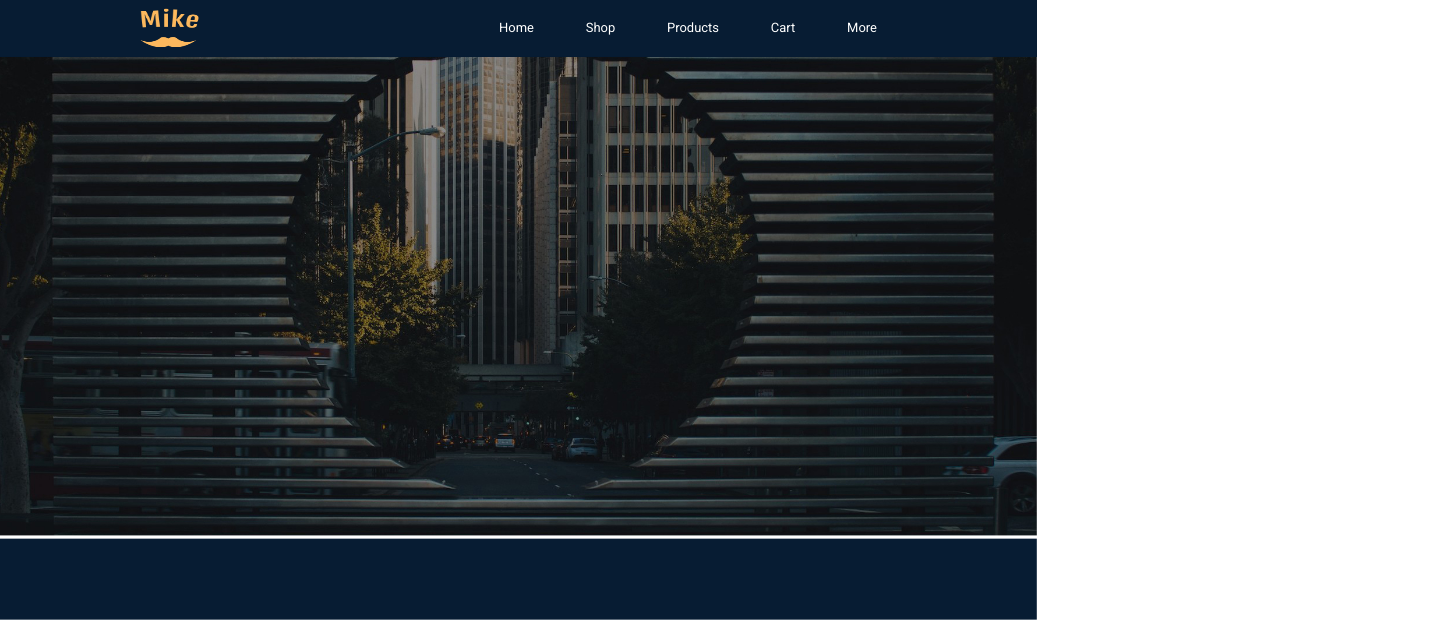
Repository: haiduong7499/Personal-Profile
Page: index.html
These files come from the project's save history. The page is drawn as it stood at one moment and after the next save; the edit follows.
The browser window is 1280 px wide. The page is 1280 px wide, then 1780 px, so the pictures cover 1780 px, including what lies to the right of the window. The pictures show the whole page, at 81% of full size.

Above is the page before, as saved 2021-02-27 17:51:35.

### index.html
<!DOCTYPE html>
<html lang="en">
<head>
    <meta charset="UTF-8">
    <meta http-equiv="X-UA-Compatible" content="IE=edge">
    <meta name="viewport" content="width=device-width, initial-scale=1.0">
    <link rel="stylesheet" href="style/style.css">
    <link rel="stylesheet" href="style/base.css">
    <link rel="preconnect" href="https://fonts.gstatic.com">
    <link rel="preconnect" href="https://fonts.gstatic.com">
<link href="https://fonts.googleapis.com/css2?family=Roboto:wght@400;700&display=swap" rel="stylesheet">
    <title>Project</title>
</head>
<body>
    <div id="header">
        <img src="./asset/5c0eefeb-053e-4086-8d42-7e5a35580c82_200x200.png" alt="">
            <ul id="navbar">
                <li><a href="#">Home</a></li>
                <li><a href="#">Shop</a></li>
                <li><a href="#">Products</a></li>
                <li><a href="#">Cart</a></li>
                <li><a href="#">More</a></li>
            </ul>
    </div>

    <div id="banner">
        <img src="./asset/home-parallax.jpg" alt="">
    </div>

    <div id="content">

    </div>
</body>
</html>

### style/style.css
*{
    padding: 0;
    margin: 0;
    box-sizing: border-box;
}
html{
    font-family: 'Roboto', sans-serif;
}

#header {
    display:flex;
    justify-content: space-around;
    height:70px;
    background:#071C33;
    position: fixed;
    top: 0;
    left: 0;
    right: 0;
}
#header img{
    margin: 8px 0;
    width: 84px;
    height: 53px;
    float: left;
    line-height:70px;
}

#navbar li {
    list-style: none;
    line-height: 70px;
    display:inline-block;
}

#navbar li a{
    display: inline-block;
    padding: 0 30px;
    line-height: 70px;
    text-decoration: none;
    color: #fff;
}
#navbar li:hover a{
    background-color: #fcb85d;
    color: #071C33;
}

#banner{
    height:100%;
}

#banner img{
    padding-top: -225px;
    width:100%;
    height:100%;
}
#content{
    width:100%;
    height:100px;
    background-color: #071C33;
}

Loaded but not shown: style/base.css (no stored copy; drawn as an empty file)

After the next save:
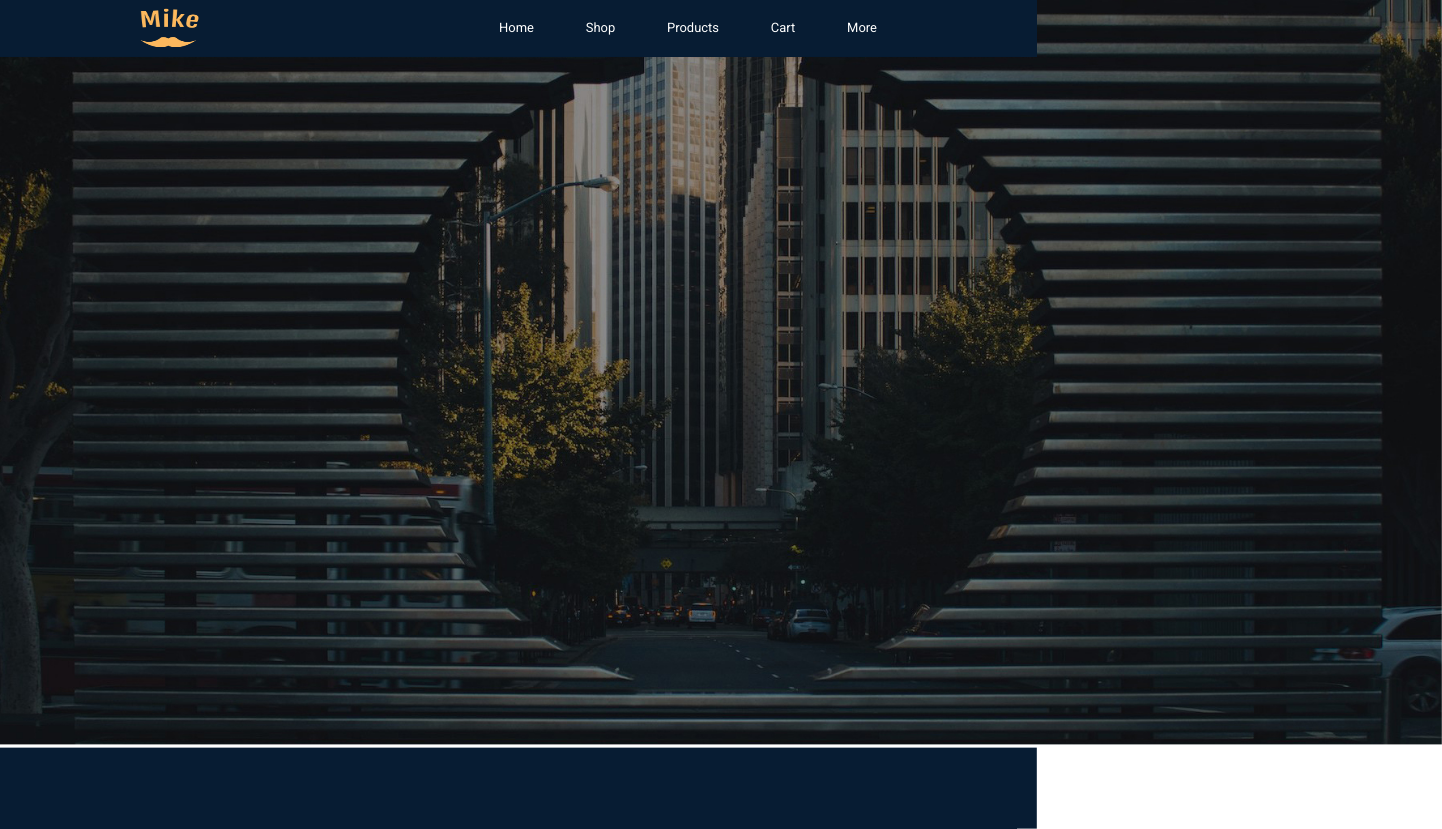
Saved 17 s later.
--- a/index.html
+++ b/index.html
@@ -22,10 +22,7 @@
                 <li><a href="#">More</a></li>
             </ul>
     </div>
-
-    <div id="banner">
-        <img src="./asset/home-parallax.jpg" alt="">
-    </div>
+    <img src="./asset/home-parallax.jpg" alt="">
 
     <div id="content">
 
